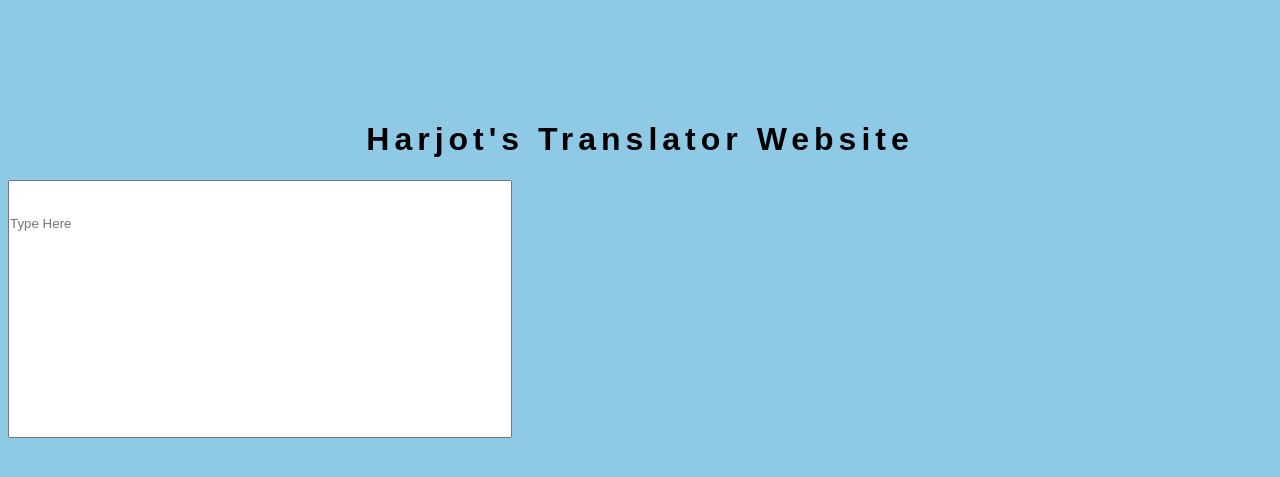
Repository: Harjot00/Pythonpractice
Page: Translator/homepage.html
The author's editor kept a copy of each file at every save. The page is drawn from the files as they stood at one save, then again after the next save.
The browser window is 1280 px wide. The pictures show the whole page.
Some web fonts or font styles are not loaded; a fallback is used.

Above is the page before, as saved 2022-03-06 18:17:36.

### Translator/homepage.html
<!DOCTYPE html>
<html lang="en">
<head>
    <meta charset="UTF-8">
    <meta http-equiv="X-UA-Compatible" content="IE=edge">
    <meta name="viewport" content="width=device-width, initial-scale=1.0">
    <title>Harjot's Translator</title>
    <link rel="stylesheet" href="styles.css">
    <link href="http://fonts.cdnfonts.com/css/mrs-sheppards" rel="stylesheet">

</head>
<body>
    <h1 style = "font-family: 'Mrs Sheppards', sans-serif;letter-spacing: 5px;">Harjot's Translator Website</h1>
    <input type="text" id="entry" placeholder="Type Here"></input>
</body>
</html>

### Translator/styles.css
body{
    background-color: #8ECAE6;
    font-family: open sans;
}
h1{
    padding-top: 100px;
    text-align: center;
}
#entry{
    width: 500px;
    height: 24px;
    padding:30px 0px 200px 0px;
}

After the next save:
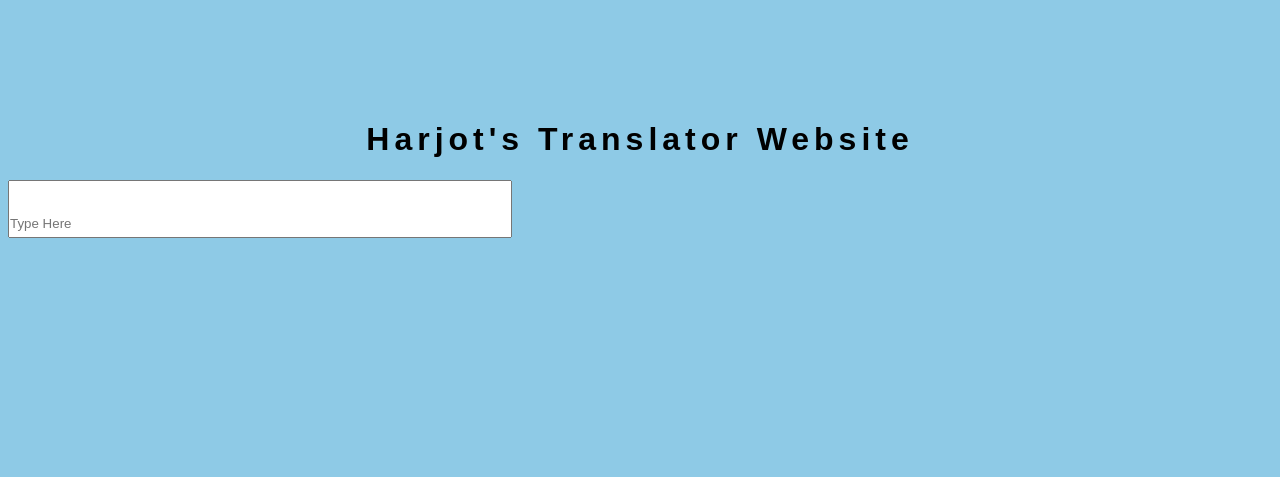
Saved 16 s later.
--- a/Translator/styles.css
+++ b/Translator/styles.css
@@ -9,5 +9,5 @@
 #entry{
     width: 500px;
     height: 24px;
-    padding:30px 0px 200px 0px;
+    padding:30px 0px 0px 0px;
 }
